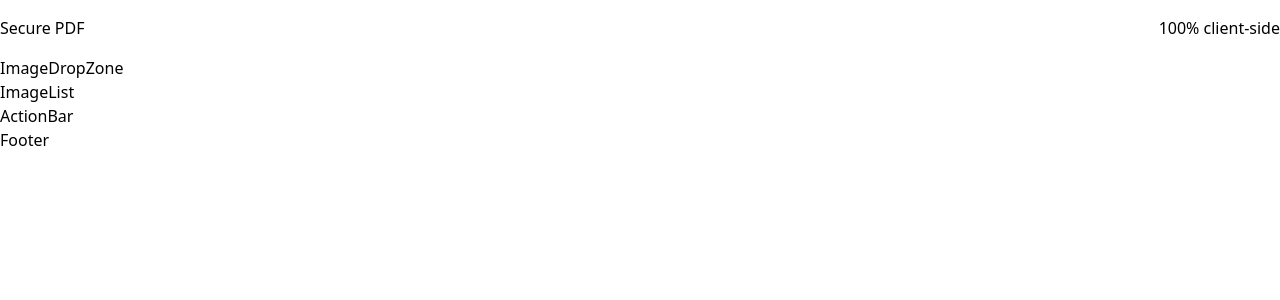
Repository: Cozmoss/TFE_IFAPME
Page: /
An editor plug-in stored every save of this project. The page is shown before and after a run of saves, followed by the edit.
The browser window is 1280 px wide. The pictures show the whole page.
The project was rebuilt for these pictures with package versions that can differ from the ones it lists, and the page was loaded fresh each time. Also part of the build but not shown: vite.config.js.

Above is the page before, as saved 2026-04-12 12:04:29.

### index.html
<!doctype html>
<html lang="en">
  <head>
    <meta charset="UTF-8" />
    <link rel="icon" type="image/svg+xml" href="/favicon.svg" />
    <meta name="viewport" content="width=device-width, initial-scale=1.0" />
    <title>pixmerge</title>
  </head>
  <body>
    <div id="root"></div>
    <script type="module" src="/src/main.jsx"></script>
  </body>
</html>

### src/main.jsx
import { StrictMode } from 'react'
import { createRoot } from 'react-dom/client'
import './index.css'
import App from './App.jsx'
import ImageProvider from './context/imageContext.jsx'

createRoot(document.getElementById('root')).render(
  <StrictMode>
    <ImageProvider>
        <App />
    </ImageProvider>
  </StrictMode>,
)

### src/App.jsx
import Header from './components/Header.jsx'
import ImageDropZone from './components/ImageDropZone.jsx'
import ImageList from './components/ImageList.jsx'
import ActionBar from './components/ActionBar.jsx'
import Footer from './components/Footer.jsx'

function App() {

  return (
		<>
            <Header />
            <main>
                <ImageDropZone />
                <ImageList />
                <ActionBar />
            </main>
            <Footer />
		</>
  );
}

export default App

### src/context/imageContext.jsx
import { createContext, useState, useContext } from 'react'

const ImageContext = createContext()


export default function ImageProvider({ children }) {
  const [images, setImages] = useState([])

  return (
    <ImageContext.Provider value={{ images, setImages }}>
      {children}
    </ImageContext.Provider>

  )

}

export function useImages() {
  return useContext(ImageContext)
}

### src/components/Header.jsx
import React from 'react'

export default function Header() {
  return (
    <header>
        <nav className="flex justify-between items-center py-4">
            <div>Secure PDF</div>
            <div>100% client-side</div>
        </nav>
    </header>
  )
}

### src/components/ImageDropZone.jsx
import useImage from '../context/imageContext.jsx'

export default function ImageDropZone() {
  return (
    <section>ImageDropZone</section>
  )
}

### src/components/ImageList.jsx
import React from 'react'

export default function ImageList() {
  return (
    <div>ImageList</div>
  )
}

### src/components/ActionBar.jsx
import React from 'react'

export default function ActionBar() {
  return (
    <div>ActionBar</div>
  )
}

Loaded but not shown: src/index.css (common file); src/components/Footer.jsx (common file)

After the next 3 saves:
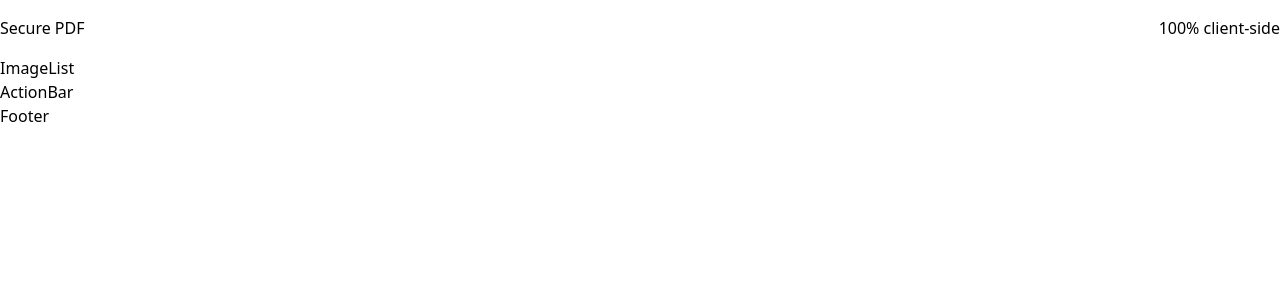
The 3 saves are shown as one change because they came seconds apart.
The last was saved 13 s later.
--- a/src/components/ImageDropZone.jsx
+++ b/src/components/ImageDropZone.jsx
@@ -2,6 +2,10 @@ import useImage from '../context/imageContext.jsx'
 
 export default function ImageDropZone() {
   return (
-    <section>ImageDropZone</section>
+    <section>
+        <form action="">
+
+        </form>
+    </section>
   )
 }
